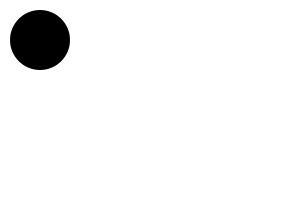
Repository: JaewookBae/JavaSpace3
Program's window: java Ch17_JavaFX/src/p01/start/JavaFXEx1.java
These files come from the project's save history. The program's window is drawn as it stood at one moment and after the next save; the edit follows.
It runs on Java 21 on a 1366 x 768 screen with JavaFX 11; the title bar is not drawn.

Above is the program's window before, as saved 2021-06-02 05:28:33.

After the next save:
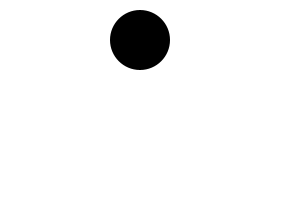
Saved 52 s later.
--- a/Ch17_JavaFX/src/p01/start/JavaFXEx1.java
+++ b/Ch17_JavaFX/src/p01/start/JavaFXEx1.java
@@ -18,7 +18,7 @@
 	@Override
 	public void start(Stage stage) throws Exception {
 		// 					  x축    y축   반지름
-		Circle c = new Circle(40, 40, 30);
+		Circle c = new Circle(140, 40, 30);
 		Group root = new Group(c);
 		Scene s = new Scene(root, 300, 200);
 		stage.setTitle("JavaFX....");
